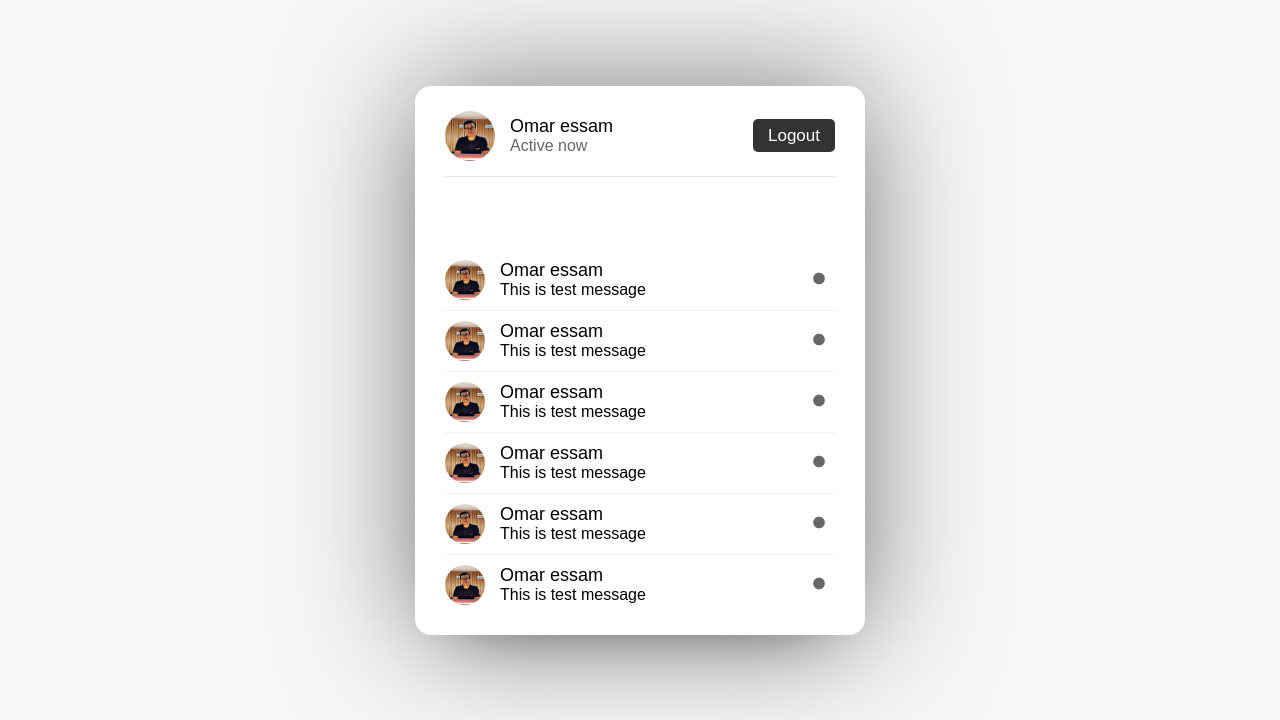
Repository: OmarEssameldinMousa/Chat-Application
Page: http://localhost/users.php
These files come from the project's save history. The page is drawn as it stood at one moment and after the next save; the edit follows.
The browser window is 1280 px wide. The pictures show the whole page.
The page is run by PHP 8.4 with error messages shown; the project is at /var/www/html/.

Above is the page before, as saved 2023-09-23 02:09:52.

### users.php
<!DOCTYPE html>
<html lang="en">

<head>
    <meta charset="UTF-8">
    <meta name="viewport" content="width=device-width, initial-scale=1.0">
    <title>Realtime Chat App</title>
    <link rel="stylesheet" href="css/normalize.css">
    <link rel="stylesheet" href="css/all.min.css">
    <link rel="stylesheet" href="css/style.css">
</head>

<body>
    <div class="wrapper">
        <section class="users">
            <header>
                <div class="content">
                    <img src="images/124374760.jpg" alt="">
                    <div class="details">
                        <span>Omar essam</span>
                        <p>Active now</p>
                    </div>
                </div>
                <a href="" class="Logout">Logout</a>
            </header>
            <div class="search">
                <span class="text">Select an user to start Chat</span>
                <input type="text" placeholder="Enter name to search...">
                <button><i class="fas fa-search"></i></button>
            </div>
            <div class="users-list">
                <a href="">
                    <div class="content">
                        <img src="images/124374760.jpg" alt="">
                        <div class="details">
                            <span>Omar essam</span>
                            <p>This is test message</p>
                        </div>
                    </div>
                    <div class="status-dot"><i class="fas fa-circle"></i></div>
                </a>

                <a href="">
                    <div class="content">
                        <img src="images/124374760.jpg" alt="">
                        <div class="details">
                            <span>Omar essam</span>
                            <p>This is test message</p>
                        </div>
                    </div>
                    <div class="status-dot"><i class="fas fa-circle"></i></div>
                </a>

                <a href="">
                    <div class="content">
                        <img src="images/124374760.jpg" alt="">
                        <div class="details">
                            <span>Omar essam</span>
                            <p>This is test message</p>
                        </div>
                    </div>
                    <div class="status-dot"><i class="fas fa-circle"></i></div>
                </a>

                <a href="">
                    <div class="content">
                        <img src="images/124374760.jpg" alt="">
                        <div class="details">
                            <span>Omar essam</span>
                            <p>This is test message</p>
                        </div>
                    </div>
                    <div class="status-dot"><i class="fas fa-circle"></i></div>
                </a>

                <a href="">
                    <div class="content">
                        <img src="images/124374760.jpg" alt="">
                        <div class="details">
                            <span>Omar essam</span>
                            <p>This is test message</p>
                        </div>
                    </div>
                    <div class="status-dot"><i class="fas fa-circle"></i></div>
                </a>

                <a href="">
                    <div class="content">
                        <img src="images/124374760.jpg" alt="">
                        <div class="details">
                            <span>Omar essam</span>
                            <p>This is test message</p>
                        </div>
                    </div>
                    <div class="status-dot"><i class="fas fa-circle"></i></div>
                </a>

                <a href="">
                    <div class="content">
                        <img src="images/124374760.jpg" alt="">
                        <div class="details">
                            <span>Omar essam</span>
                            <p>This is test message</p>
                        </div>
                    </div>
                    <div class="status-dot"><i class="fas fa-circle"></i></div>
                </a>

                <a href="">
                    <div class="content">
                        <img src="images/124374760.jpg" alt="">
                        <div class="details">
                            <span>Omar essam</span>
                            <p>This is test message</p>
                        </div>
                    </div>
                    <div class="status-dot"><i class="fas fa-circle"></i></div>
                </a>

            </div>
        </section>
    </div>
    <script src="javascript/users.js"></script>

</body>

</html>

### css/style.css
* {
    margin: 0;
    padding: 0;
    box-sizing: border-box;
    text-decoration: none;
    font-family: 'Poppins', sans-serif;
}


body {
    display: flex;
    align-items: center;
    justify-content: center;
    min-height: 100vh;
    background: #f7f7f7;
}

.wrapper {
    background: #fff;
    width: 450px;
    border-radius: 16px;
    box-shadow: 0 0 128px 0 rgba(0, 0, 0, 0.5), 0 32px 64px -48px rgba(0, 0, 0, 0.5);
}

/* Signup Form*/
.form {
    padding: 25px 30px;
}

.form header {
    font-size: 25px;
    font-weight: 600;
    padding-bottom: 10px;
    border-bottom: 1px solid #e6e6e6;
}

.form form {
    margin: 20px 0;
}

.form form .error-txt {
    color: #721c24;
    background: #f8d7da;
    padding: 8px 10px;
    text-align: center;
    border-radius: 5px;
    margin-bottom: 10px;
    border: 1px solid #f5c6cb;
    display: none;
}

.form form .name-details {
    display: flex;
}

form .name-details .field:first-child {
    margin-right: 10px;
}

form .name-details .field:last-child {
    margin-left: 10px;
}

.form form .field {
    display: flex;
    flex-direction: column;
    margin-bottom: 10px;
    position: relative;
}

.form form .field label {
    margin-bottom: 2px;
}


.form form .input input {
    outline: none;
}


.form form .input input {
    height: 40px;
    width: 100%;
    font-size: 16px;
    padding: 0 10px;
    border: 1px solid #ccc;
    border-radius: 5px;
}

.form form .image input {
    font-size: 17px;
}

.form form .button input {
    margin-top: 13px;
    height: 45px;
    border: none;
    font-size: 17px;
    font-weight: 500px;
    background: #333;
    color: #fff;
    border-radius: 5px;
    cursor: pointer;
}

.form form .field i {
    position: absolute;
    right: 15px;
    top: 70%;
    transform: translateY(-50%);
    cursor: pointer;
    color: #ccc;
}

.form form .field i.active::before {
    color: #333;
    content: "\f070";
}

.form .link {
    text-align: cetner;
    margin: 10px 0;
    font-size: 17px;
}

.form .link a {
    color: #333;
}

.form .link a:hover {
    text-decoration: underline;
}

.users {
    padding: 25px 30px;
}

.users header,
.users-list a {
    display: flex;
    align-items: center;
    justify-content: center;
    justify-content: space-between;
    border-bottom: 1px solid #e6e6e6;
    padding-bottom: 15px;

}

.wrapper img {
    object-fit: cover;
    border-radius: 50%;
}

:is(.users, .users-list) .content {
    display: flex;
    align-items: center;
}

.users header .content img {
    height: 50px;
    width: 50px;
}


:is(.users, .users-list) .details {
    color: #000;
    margin-left: 15px;
}

:is(.users, .users-list) .details span {
    font-size: 18px;
    font-weight: 500px;
}

.users header .Logout {
    color: #fff;
    padding: 7px 15px;
    background: #333;
    border-radius: 5px;
    font-size: 17px;
}

.users .search {
    margin: 20px 0;
    display: flex;
    justify-content: space-between;
    align-items: center;
    position: relative;
    opacity: 0;
    pointer-events: none;
    transition: all 0.3s ease;
}

.users .search .text {
    font-size: 18px;
}

.users .search input {
    position: absolute;
    height: 43px;
    width: calc(100% - 50px);
    border: 1px solid #ccc;
    padding: 0 13px;
    font-size: 16px;
    border-radius: 5px;
    outline: none;
}

.users .search button {
    width: 47px;
    height: 43px;
    border: none;
    outline: none;
    color: #fff;
    background-color: #333;
    border-radius: 0 5px 5px 0;
    cursor: pointer;
    font-size: 17px;
}

.users-list {
    max-height: 350px;
    overflow-y: auto;
}

:is(.users-list, .chat-box)::-webkit-scrollbar {
    width: 0px;
}


.users-list a {
    padding-right: 10px;
    padding-bottom: 10px;
    margin-bottom: 10px;
    border-bottom-color: #f1f1f1;
}

.users-list a:last-child {
    border: none;
    margin-bottom: 0px;
}

.users-list a .content img {
    height: 40px;
    width: 40px;
}


.users header .content p {
    color: #67676a;
}

.users-list a .status-dot {
    font-size: 12px;
    color: #67676a;
}

/* to use the online status */
.users-list a .status-dot.offline {
    font-size: 12px;
    color: #468669;
}


/* Chat Area CSS style */

.chat-area header {
    display: flex;
    align-items: center;
    padding: 18px 30px;
}

.chat-area header .back-icon {
    font-size: 18px;
    color: #333;
}

.chat-area header img {
    height: 45px;
    width: 45px;
    margin: 0 15px;
}


.chat-area header span {
    font-size: 17x;
    font-weight: 500;
}

.chat-box {
    height: 500px;
    background-color: #f7f7f7;
    padding: 10px 30px 20px 30px;
    box-shadow: inset 0 32px 32px -32px rgb(0 0 0/ 5%),
        inset 0 -32px 32px -32px rgb(0 0 0/ 5%);
    overflow-y: auto;
}

.chat-box .chat {
    margin: 15px 0;
}

.chat-box .chat p {
    word-wrap: break-word;
    padding: 8px 16px;
    box-shadow: 0px 0px 12px 0px rgba(0, 0, 0, 10%), 0px 0px 20px 0px rgb(0 0 0 / 10%);
}

.chat-box .outgoing {
    display: flex;
}

.outgoing .details {
    margin-left: auto;
    max-width: calc(100% - 130px);
    /* margin-bottom: 15px; */
}

.outgoing .details p {
    border-radius: 18px 18px 0 18px;
    background-color: #333;
    color: #fff;
}


.chat-box .incoming {
    display: flex;
    align-items: flex-end;
}

.chat-box .incoming img {
    height: 35px;
    width: 35px;
}

.incoming .details {
    margin-left: 10px;
    margin-right: auto;
    max-width: calc(100% - 130px);
}

.incoming .details p {
    background-color: #fff;
    align-items: center;
    color: #333;
    border-radius: 18px 18px 18px 0;
}

.chat-area .typing-area {
    padding: 18px 30px;
    display: flex;
    justify-content: space-between;
}

.typing-area input {
    height: 45px;
    width: calc(100% - 58px);
    font-size: 17px;
    border: 1px solid #ccc;
    padding: 0 13px;
    border-radius: 5px 0 0 5px;
    outline: none;
}

.typing-area button {
    width: 55px;
    border: none;
    outline: none;
    border-radius: 0 5px 5px 0;
    background-color: #333;
    color: #fff;
    cursor: pointer;
}

### javascript/users.js
const searchBar = document.querySelector(".users .search input"),
    searchBtn = document.querySelector(".users .search button");

searchBtn.onclick = () => {

}

Loaded but not shown: css/normalize.css (library); css/all.min.css (library)

After the next save:
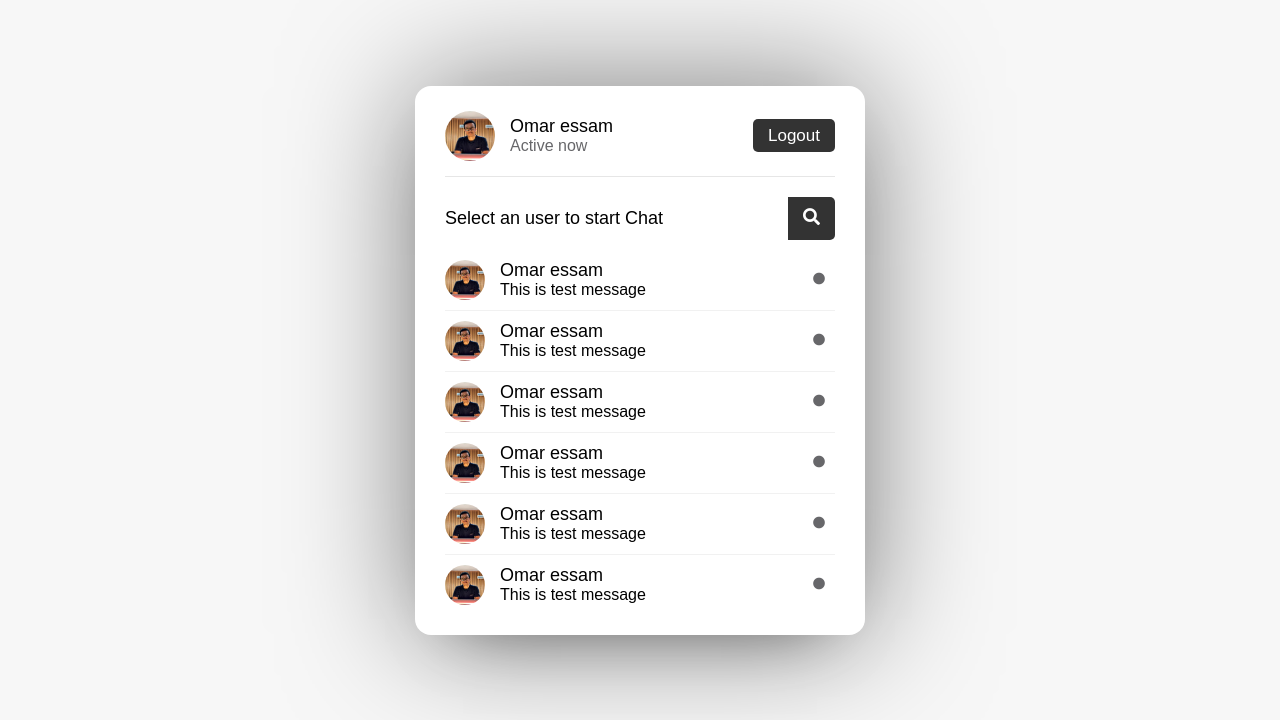
Saved 21 min 47 s later.
--- a/css/style.css
+++ b/css/style.css
@@ -186,9 +186,6 @@ form .name-details .field:last-child {
     justify-content: space-between;
     align-items: center;
     position: relative;
-    opacity: 0;
-    pointer-events: none;
-    transition: all 0.3s ease;
 }
 
 .users .search .text {
@@ -202,8 +199,16 @@ form .name-details .field:last-child {
     border: 1px solid #ccc;
     padding: 0 13px;
     font-size: 16px;
-    border-radius: 5px;
-    outline: none;
+    border-radius: 5px 0 0 5px;
+    outline: none;
+    opacity: 0;
+    pointer-events: none;
+    transition: all 0.3s ease;
+}
+
+.users .search input.active {
+    opacity: 1;
+    pointer-events: all;
 }
 
 .users .search button {
